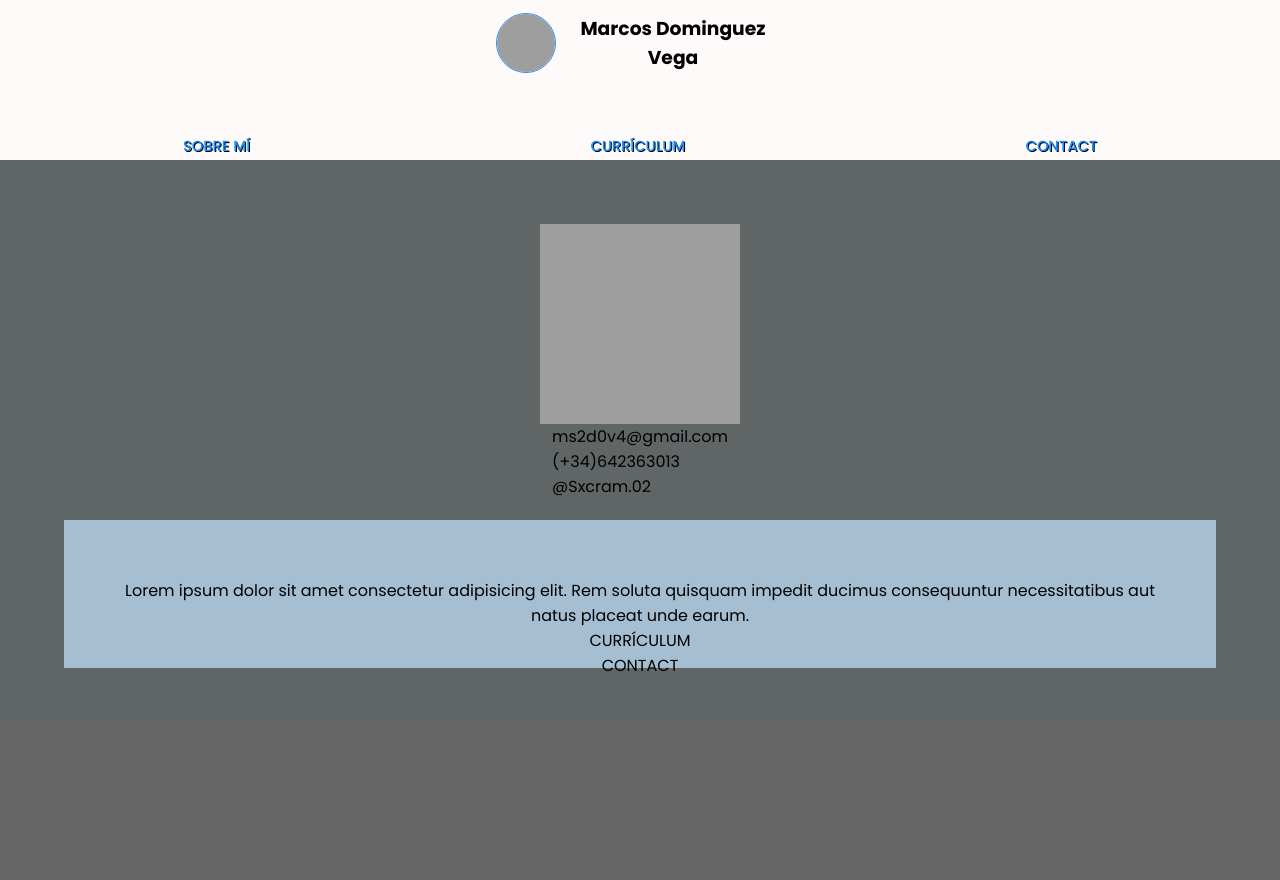
Repository: Sxcram02/Portfoliov.2
Page: index.html
An editor plug-in stored every save of this project. The page is shown before and after the next save, followed by the edit.
The browser window is 1280 px wide. The pictures show the whole page.
Pictures or frames that could not be fetched are drawn as grey boxes.

Above is the page before, as saved 2023-04-11 00:24:31.

### index.html
<!DOCTYPE html>
<html lang="en">
<head>
    <meta charset="UTF-8">
    <meta http-equiv="X-UA-Compatible" content="IE=edge">
    <meta name="viewport" content="width=device-width, initial-scale=1.0">
    <link rel="stylesheet" href="css/style.css" />
    <link rel="shortcut icon" href="https://picsum.photo/160" type="image/x-icon" />
    <link rel="stylesheet" href="https://unpkg.com/boxicons@latest/css/boxicons.min.css" />
    <title>miPortFolio</title>
</head>
<body>
    <div class="root">
        <header>
            <div class="box-porfile">
                <img src="https://picsum.photos/200" alt="porfile" />
                <h3 class="name">Marcos Dominguez Vega</h3>
            </div>
            <nav>
                <ul class="nav-bar">
                    <li><a href="">SOBRE MÍ</a></li>
                    <li><a href="">CURRÍCULUM</a></li>
                    <li><a href="">CONTACT</a></li>
                </ul>
            </nav>
        </header>
        <main>
            <section class="sobreMi">
                <article class="box-image">
                    <img src="https://picsum.photos/200" alt="porfile" />
                    <ul class="redes">
                        <li>ms2d0v4@gmail.com</li>
                        <li>(+34)642363013</li>
                        <li>@Sxcram.02</li>
                    </ul>
                </article>
                <article class="info">
                    <p>Lorem ipsum dolor sit amet consectetur adipisicing elit. Rem soluta quisquam impedit ducimus consequuntur necessitatibus aut natus placeat unde earum.</p>
                    <ul class="nav-bar2">
                        <li>CURRÍCULUM</li>
                        <li>CONTACT</li>
                    </ul>
                </article>
            </section>
        </main>
    </div>
</body>
</html>

### css/style.css
@import url('https://fonts.googleapis.com/css2?family=Poppins:ital,wght@0,400;0,500;0,600;0,700;0,800;0,900;1,400&display=swap');

* {
    margin: 0;
    padding: 0;
    box-sizing: border-box;
    font-family: 'Poppins',sans-serif;
    list-style: none;
    text-decoration: none;
}

.root {
    width: 100vw;
    height: 100vh;
    background-color: azure;
}

header {
    width: 100%;
    height: 10em;
    padding: 1%;
    background-color: snow;
    display: flex;
    flex-direction: column;
    align-items: center;
}

.box-porfile {
    display: flex;
    align-items: center;
    text-align: center;
}

.box-porfile > img {
    width: 60px;
    height: 60px;
    border-radius: 100%;
    margin-left: 2%;
    border: 1px solid dodgerblue;
}

.box-porfile > img:hover {
    border: 1px solid orange;
    transition: all 0.3s;
}

nav {
    width: 100%;
    margin-top: 5%;
}

.nav-bar {
    display: flex;
    align-items: center;
    justify-content: space-around;
    font-weight: 500;
    text-shadow: 1px 1px black;
    font-size: 11pt;
}

.nav-bar li > a {
    border-radius: 10px;
    padding: 10px;
    cursor: pointer;
    color: dodgerblue;
}

.nav-bar li:hover > a {
    background-color: rgba(128, 128, 128, 0.604);
    color:orange;
    transition: all 0.3s;
}

main {
    width: 100vw;
    height: 100vh;
}

.sobreMi {
    height: 100vh;
    padding: 5%;
    background-color: rgba(0, 0, 0, 0.599);
    display: grid;
    grid-template-columns: 1,1fr;
    grid-template-rows: repeat(2,1fr);
}

.box-image {
    height: 50%;
    grid-column: 1/2;
    grid-row: 1/2;
    display: flex;
    flex-direction: column;
    align-items: center;
}

.info {
    height: 50%;
    grid-column: 1/2;
    grid-row: 2/3;
    text-align: center;
    padding: 5%;
    background-color: rgba(195, 227, 254, 0.704);
}

After the next save:
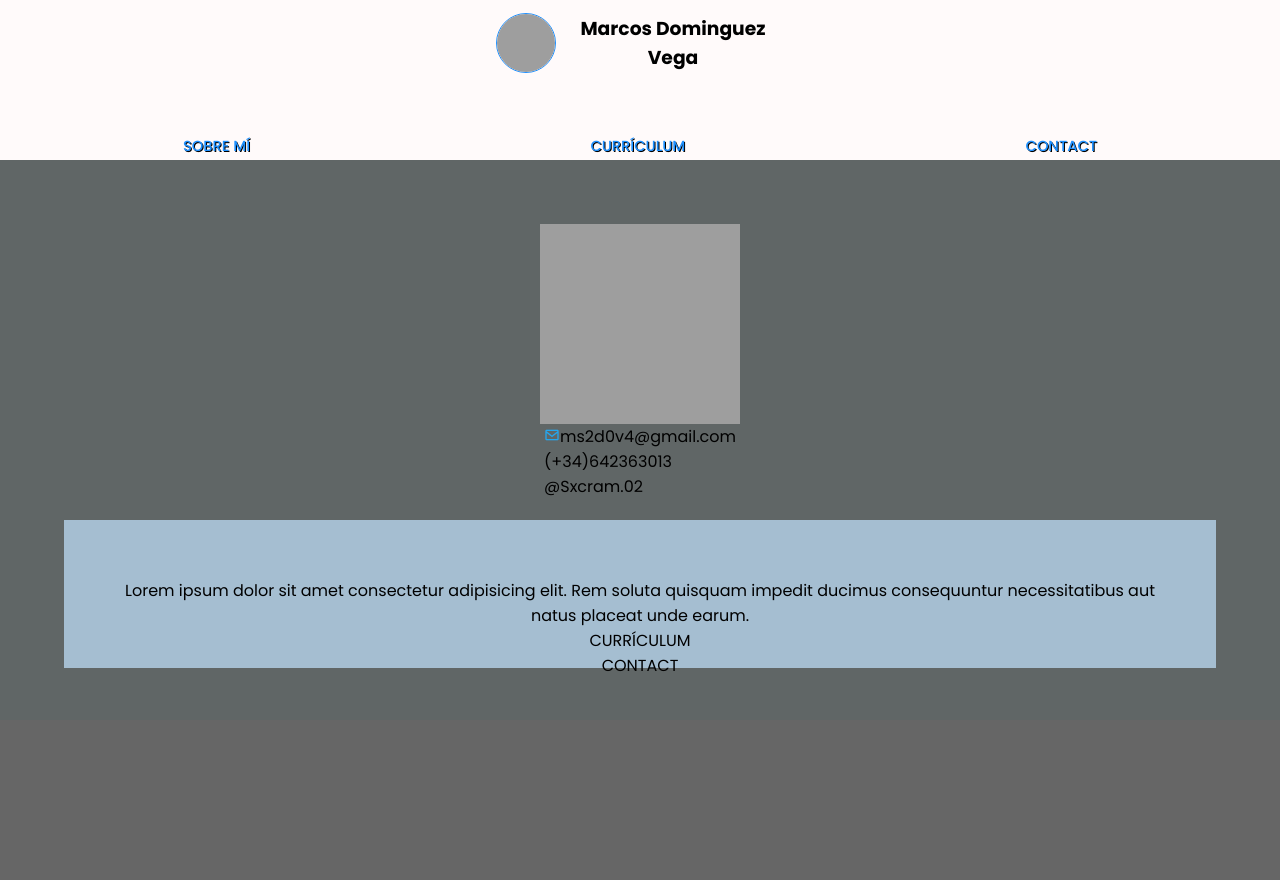
Saved 58 s later.
--- a/index.html
+++ b/index.html
@@ -29,7 +29,7 @@
                 <article class="box-image">
                     <img src="https://picsum.photos/200" alt="porfile" />
                     <ul class="redes">
-                        <li>ms2d0v4@gmail.com</li>
+                        <li><i class='bx bx-envelope' style='color:#24a7ef' ></i>ms2d0v4@gmail.com</li>
                         <li>(+34)642363013</li>
                         <li>@Sxcram.02</li>
                     </ul>
